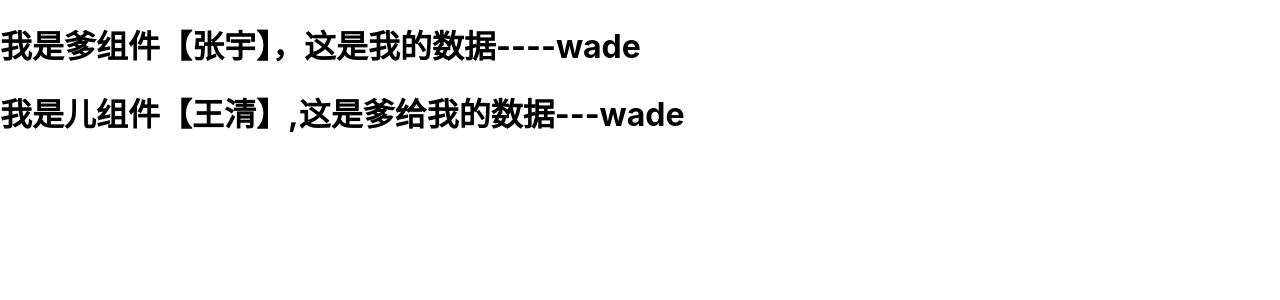
Repository: ZhangCoder0812/zf-react-project
Page: /
An editor plug-in stored every save of this project. The page is shown before and after the next save, followed by the edit.
The browser window is 1280 px wide. The pictures show the whole page.
The project was rebuilt for these pictures with package versions that can differ from the ones it lists, and the page was loaded fresh each time.

Above is the page before, as saved 2021-05-17 10:59:09.

After the next save:
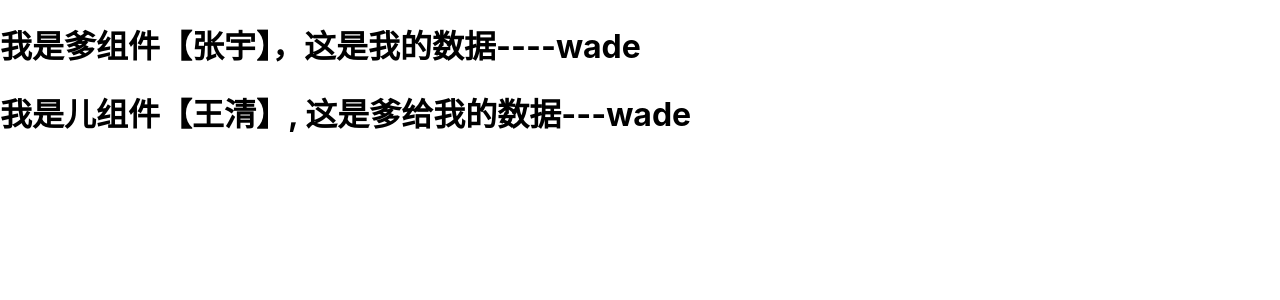
Saved 8 s later.
--- a/src/child.js
+++ b/src/child.js
@@ -5,7 +5,7 @@ function child(props) {
     let { data } = props;
     return (
         <div>
-            <h1>我是儿组件【王清】,这是爹给我的数据---{data}</h1>
+            <h1>我是儿组件【王清】, 这是爹给我的数据---{data}</h1>
         </div>
     );
 }
